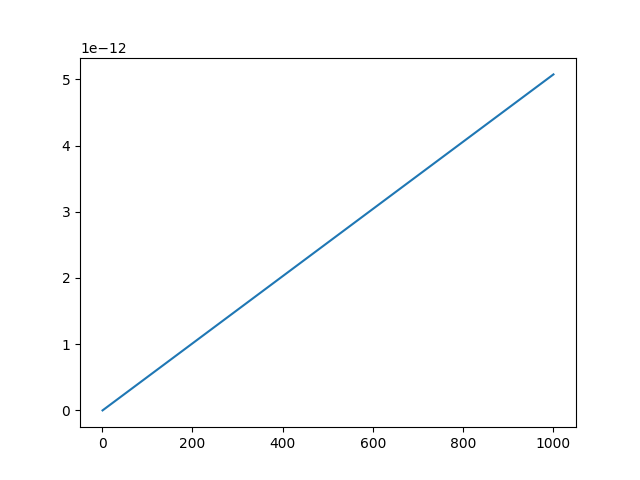
Repository: MichaelCullen2011/QuantumAndNeutrinos
Script's output: python neutrinos.py
These files come from the project's save history. The script's output is drawn as it stood at one moment and after the next save; the edit follows.
Random numbers start from a fixed seed.

Above is the script's output before, as saved 2021-06-02 10:21:56.

### neutrinos.py
import numpy as np
import matplotlib.pyplot as plt


'''
To Do       -   Add graphing for a range of energies for each neutrino cs reaction
'''


'''
Variables and Constants
'''
# Variables
delta_m_sq = 'Mass difference squared between two flavour states'
delta_m_e_mu_sq = 7.53e-5      # eV**2
delta_m_tau_mu_sq = 2.44e-3    # eV**2  # can be +ve or -ve
delta_m_tau_e_sq = 2.44e-3     # eV**2  # can be +ve or -ve
delta_m_mu_e_sq = delta_m_e_mu_sq      # eV**2
delta_m_mu_tau_sq = delta_m_tau_mu_sq    # can be +ve or -ve
delta_m_e_tau_sq = delta_m_tau_e_sq     # eV**2

sin_sq_theta_e_tau = 0.093
sin_sq_theta_e_mu = 0.846
sin_sq_theta_mu_tau = 0.92      # actually > 0.92 but it varies on atmospheric values
sin_sq_theta_mu_e = sin_sq_theta_e_mu
sin_sq_theta_tau_e = sin_sq_theta_e_tau
sin_sq_theta_tau_mu = sin_sq_theta_mu_tau


m_out = 10       # reactant mass out (electrons, muons etc)
m_in = 1000        # reactant mass in (electrons, muons etc)
E_v = 100     # Neutrino energy
L = 10       # distance oscillating (for oscillation)
E = E_v     # Neutrino beam energy
d = 10       # distance travelled (for decoherence)

G_f = 1.1663787e-5         # GeV-2
sin_sq_theta_w = 0.22290        # Weinberg angle
m_e = 0.511 * 1e-3     # GeV c-2
m_u = 105 * 1e-3       # GeV c-2
sigma_naught = 1.72e-45         # m**2 / GeV


mom_v = 0
# mom_e = m_e + v_e
# mom_u = m_u + v_u
mom_e = np.sqrt((sigma_naught * np.pi) / G_f**2)
mom_u = mom_e * (m_u / m_e)      # assume similar velocities

kinematic_e = (mom_v + mom_e)**2
kinematic_u = (mom_v + mom_u)**2

kinematic_e = m_e**2 + 2*m_e*E_v
kinematic_u = m_u**2 + 2*m_u*E_v

sigma_naught_e = (G_f**2 * kinematic_e) / np.pi
sigma_naught_u = (G_f**2 * kinematic_u) / np.pi


'''
Oscillation Probabilities   -   p_oscill = (np.sin(2 * theta))**2 * (np.sin((delta_m_sq * L) / (4 * E)))**2
'''


class Oscillations:
    def __init__(self, distance):
        p_e_mu_list = []
        p_e_tau_list = []
        p_e_e_list = []

        p_mu_e_list = []
        p_mu_tau_list = []
        p_mu_mu_list = []

        p_tau_e_list = []
        p_tau_mu_list = []
        p_tau_tau_list = []

        max = 1000      # Number of points
        E = 4      # GeV
        L = distance    # Km
        x_range = np.linspace(0, L / E, max)
        theta_range = np.linspace(0, 2 * np.pi, max)
        n = 0
        for x in x_range:
            n += 1
            print("Calculated Probability {} of {}".format(n, max))
            p_e_mu_list.append(Oscillations.prob(self, flavours='e_mu', x=x))
            p_e_tau_list.append(Oscillations.prob(self, flavours='e_tau', x=x))
            p_e_e_list.append(
                (1 - (Oscillations.prob(self, flavours='e_mu', x=x)) * (1 - Oscillations.prob(self, flavours='e_tau', x=x))))

            p_mu_e_list.append(Oscillations.prob(self, flavours='mu_e', x=x))
            p_mu_tau_list.append(Oscillations.prob(self, flavours='mu_tau', x=x))
            p_mu_mu_list.append(
                (1 - Oscillations.prob(self, flavours='mu_e', x=x)) * (1 - Oscillations.prob(self, flavours='mu_tau', x=x)))

            p_tau_e_list.append(Oscillations.prob(self, flavours='tau_e', x=x))
            p_tau_mu_list.append(Oscillations.prob(self, flavours='tau_mu', x=x))
            p_tau_tau_list.append(
                (1 - (Oscillations.prob(self, flavours='tau_e', x=x)) * (1 - Oscillations.prob(self, flavours='tau_mu', x=x))))

        prob_e = [p_e_e_list, p_e_mu_list, p_e_tau_list]
        prob_mu = [p_mu_mu_list, p_mu_e_list, p_mu_tau_list]
        prob_tau = [p_tau_tau_list, p_tau_e_list, p_tau_mu_list]

        prob_neut = [prob_e, prob_mu, prob_tau]

        fig, axs = plt.subplots(3)
        fig.suptitle('Neutrino Oscillations')
        n = 0
        for initial in prob_neut:
            if n == 0:
                for p in initial:
                    axs[n].plot(x_range, p)
                    axs[n].legend(['e to e', 'e to mu', 'e to tau'], loc=1)
            if n == 1:
                for p in initial:
                    axs[n].plot(x_range, p)
                    axs[n].legend(['mu to mu', 'mu to e', 'mu to tau'], loc=1)
            if n == 2:
                for p in initial:
                    axs[n].plot(x_range, p)
                    axs[n].legend(['tau to tau', 'tau to e', 'tau to mu'], loc=1)
            n += 1

    def prob(self, flavours, x):
        if flavours == 'e_mu':
            prob = sin_sq_theta_e_mu * np.square(np.sin(1.27 * delta_m_e_mu_sq * x / 4))
        elif flavours == 'e_tau':
            prob = sin_sq_theta_e_tau * np.square(np.sin(1.27 * delta_m_e_tau_sq * x / 4))
        elif flavours == 'mu_e':
            prob = sin_sq_theta_e_mu * np.square(np.sin(1.27 * delta_m_mu_e_sq * x / 4))
        elif flavours == 'mu_tau':
            prob = sin_sq_theta_mu_tau * np.square(np.sin(1.27 * delta_m_mu_tau_sq * x / 4))
        elif flavours == 'tau_e':
            prob = sin_sq_theta_tau_e * np.square(np.sin(1.27 * delta_m_tau_e_sq * x / 4))
        elif flavours == 'tau_mu':
            prob = sin_sq_theta_tau_mu * np.square(np.sin(1.27 * delta_m_tau_mu_sq * x / 4))
        return prob


'''
Cross Sections
'''


class CrossSections:
    def __init__(self, energy, lepton):
        E_v = energy
        sigma_naught = 1.72e-45

        s_e = sigma_naught * np.pi / G_f**2
        s_u = s_e * (m_u / m_e)

        sigma_naught_e = (2 * m_e * G_f**2 * E_v) / np.pi
        sigma_naught_u = (2 * m_u * G_f**2 * E_v) / np.pi

        print("HERE ", sigma_naught_e, sigma_naught_u)
        if lepton == 'e':
            sigma_naught = sigma_naught_e
            self.cs_without_ms = {'e_e': [], 'E_E': [], 'E_U': [], 'u_e': [], 'u_u': [], 'U_U': []}
            self.cs_with_ms = {'e_e': [], 'E_E': [], 'E_U': [], 'u_e': [], 'u_u': [], 'U_U': []}

        elif lepton == 'u':
            sigma_naught = sigma_naught_u
            self.cs_without_ms = {'e_e': [], 'E_E': [], 'U_E': [], 'e_u': [], 'u_u': [], 'U_U': []}
            self.cs_with_ms = {'e_e': [], 'E_E': [], 'U_E': [], 'e_u': [], 'u_u': [], 'U_U': []}

        for flavour in self.cs_without_ms.keys():
            cs = CrossSections.neutrino_and_electron(self, flavour=flavour) * energy * sigma_naught
            self.cs_without_ms[flavour].append(cs)
            self.cs_with_ms[flavour].append(
                cs * energy * sigma_naught *
                CrossSections.mass_suppression(
                    self, flavour, energy=energy, reaction_lepton=lepton
                )
            )
        print("CS without mass suppression, \n", self.cs_without_ms)
        print("CS with mass suppression, \n", self.cs_with_ms)

    def neutrino_and_electron(self, flavour):
        if flavour == 'e_e':
            cs = 0.25 + sin_sq_theta_w + (4 / 3) * np.square(sin_sq_theta_w)
        elif flavour == 'E_E':
            cs = (1 / 12) + 1 / 3 * (sin_sq_theta_w + 4 / 3 * np.square(sin_sq_theta_w))
        elif flavour == 'E_U' or flavour == 'U_E':
            cs = 1 / 3
        elif flavour == 'u_e' or flavour == 'e_u':
            cs = 1
        elif flavour == 'u_u':
            cs = 1 / 4 - sin_sq_theta_w + 4 / 3 * np.square(sin_sq_theta_w)
        elif flavour == 'U_U':
            cs = 1 / 12 - 1 / 3 * sin_sq_theta_w + 4 / 3 * np.square(sin_sq_theta_w)
        return cs

    def mass_suppression(self, flavour, energy, reaction_lepton='e'):
        m_E = m_e
        m_U = m_u
        if reaction_lepton == 'e':
            m_in = m_e
        elif reaction_lepton == 'u':
            m_in = m_u

        if flavour == 'e_e':
            zeta = 1 - ((m_e ** 2) / (m_in ** 2 + 2 * m_in * energy))
        elif flavour == 'E_E':
            zeta = 1 - ((m_e ** 2) / (m_in ** 2 + 2 * m_in * energy))
        elif flavour == 'E_U':
            zeta = 1 - ((m_u ** 2) / (m_in ** 2 + 2 * m_in * energy))
        elif flavour == 'u_e':
            zeta = 1 - ((m_u ** 2) / (m_in ** 2 + 2 * m_in * energy))
        elif flavour == 'u_u':
            zeta = 1 - ((m_e ** 2) / (m_in ** 2 + 2 * m_in * energy))
        elif flavour == 'U_U':
            zeta = 1 - ((m_e ** 2) / (m_in ** 2 + 2 * m_in * energy))
        # neutrino-muon specific reactions
        elif flavour == 'U_E':
            zeta = 1 - ((m_e ** 2) / (m_in ** 2 + 2 * m_in * energy))
        elif flavour == 'e_u':
            zeta = 1 - ((m_e ** 2) / (m_in ** 2 + 2 * m_in * energy))
        return zeta




def combine_cs(e_class, u_class):
    all_cs = {'e_e': [], 'e_u': [], 'u_u': [], 'u_e': [], 'E_E': [], 'E_U': [], 'U_U': [], 'U_E': []}

    for all_reaction in all_cs.keys():
        for e_reaction, e_value in e_class.cs_without_ms.items():
            if e_reaction == all_reaction:
                all_cs[all_reaction].append(e_value[0])
        for u_reaction, u_value in u_class.cs_without_ms.items():
            if u_reaction == all_reaction:
                all_cs[all_reaction].append(u_value[0])

    for all_reaction, all_values in all_cs.items():
        if len(all_values) > 1:
            all_cs[all_reaction] = [(all_values[0] + all_values[1]) / 2]

    return all_cs

    print("COMBINED CS: \n", all_cs)


def gate_cs(all_cs):
    # creates our final dict with the probabilities for all gate interactions
    single_reactions = ['e_e', 'e_u', 'u_u', 'u_e']
    single_reactions_anti = ['E_E', 'E_U', 'U_U', 'U_E']
    whole_reaction = []
    for first_reaction in single_reactions:
        for second_reaction in single_reactions:
            whole_reaction.append(first_reaction[0] + second_reaction[0] + '_' + first_reaction[2] + second_reaction[2])
    for first_reaction in single_reactions_anti:
        for second_reaction in single_reactions_anti:
            whole_reaction.append(first_reaction[0] + second_reaction[0] + '_' + first_reaction[2] + second_reaction[2])
    gate_reactions = {whole_keys: [] for whole_keys in whole_reaction}


    # reaction 1 is reaction_combined[0] + '_' + reaction_combined[3]
    # reaction 2 in reaction_combined[1] + '_' + reaction_combined[4]
    for reaction_combined in gate_reactions.keys():
        first_reaction = reaction_combined[0] + '_' + reaction_combined[3]
        second_reaction = reaction_combined[1] + '_' + reaction_combined[4]
        gate_reactions[reaction_combined] = [all_cs[first_reaction][0] * all_cs[second_reaction][0]]

    for key, value in gate_reactions.items():
        print(f"{key}: {value}")
    return gate_reactions


def plot_energies(energy_reactions):

    plt.plot(energy_reactions.keys(), energy_reactions.values(), '-')
    return energy_reactions

'''
Wave Functions (for plotting)
'''


class WaveFunctions:
    def __init__(self, accuracy):
        phi = np.linspace(0, np.pi, accuracy)
        theta = np.linspace(0, 2 * np.pi, 20)
        prob_at_detector = {'e_e': [], 'e_mu': [], 'e_tau': [],
                            'mu_mu': [], 'mu_e': [], 'mu_tau': [],
                            'tau_tau': [], 'tau_e': [], 'tau_mu': []}
        flavour_list = ['e_e', 'e_mu', 'e_tau', 'mu_mu', 'mu_e', 'mu_tau', 'tau_tau', 'tau_e', 'tau_mu']
        detector_1 = {'e_e': [], 'e_mu': [], 'e_tau': [],
                      'mu_mu': [], 'mu_e': [], 'mu_tau': [],
                      'tau_tau': [], 'tau_e': [], 'tau_mu': []}
        detector_2 = {'e_e': [], 'e_mu': [], 'e_tau': [],
                      'mu_mu': [], 'mu_e': [], 'mu_tau': [],
                      'tau_tau': [], 'tau_e': [], 'tau_mu': []}

        for flavour_change in flavour_list:
            for phi_value in phi:
                prob_at_detector[flavour_change].append(WaveFunctions.prob(self, flavour=flavour_change, phi=phi_value))

            for tuple in prob_at_detector[flavour_change]:
                detector_1[flavour_change].append(tuple[0])
                detector_2[flavour_change].append(tuple[0])

        fig1 = plt.figure()
        fig2 = plt.figure()
        ax1 = fig1.add_subplot(111)
        ax2 = fig2.add_subplot(111)
        ax1.title.set_text('Detector 1 Probabilities')
        ax2.title.set_text('Detector 2 Probabilities')

        ax1.set_xticks(ticks=np.linspace(start=0, stop=2 * np.pi, num=int(accuracy)))
        ax1.set_yticks(ticks=np.linspace(0, 1, num=5))
        ax2.set_xticks(ticks=np.linspace(start=0, stop=2 * np.pi, num=int(accuracy)))
        ax2.set_yticks(ticks=np.linspace(0, 1, num=5))


        for prob_list in detector_1.values():
            #print(prob_list)
            ax1.plot(phi, prob_list, '--', linewidth=1)

        for prob_list in detector_2.values():
            #print(prob_list)
            ax2.plot(phi, prob_list, '--', linewidth=1)

        ax1.legend(flavour_list, loc=1)
        ax2.legend(flavour_list, loc=1)

    def prob(self, flavour, phi):
        order_tau_d_same = 1
        order_tau_d_change = 1 / 3
        if flavour == 'e_e':
            prob_f1 = 1
            prob_f2 = 0
        elif flavour == 'e_mu':
            prob_f1 = 1 - (np.sqrt(sin_sq_theta_e_tau) / 2) * (1 - order_tau_d_change * np.cos(phi))
            prob_f2 = (np.sqrt(sin_sq_theta_e_tau) / 2) * (1 - order_tau_d_change * np.cos(phi))
        elif flavour == 'e_tau':
            prob_f1 = 1 - (np.sqrt(sin_sq_theta_e_tau) / 2) * (1 - order_tau_d_change * np.cos(phi))
            prob_f2 = (np.sqrt(sin_sq_theta_e_tau) / 2) * (1 - order_tau_d_change * np.cos(phi))
        if flavour == 'mu_mu':
            prob_f1 = 1
            prob_f2 = 0
        elif flavour == 'mu_e':
            prob_f1 = 1 - (np.sqrt(sin_sq_theta_e_mu) / 2) * (1 - order_tau_d_change * np.cos(phi))
            prob_f2 = (np.sqrt(sin_sq_theta_e_mu) / 2) * (1 - order_tau_d_change * np.cos(phi))
        elif flavour == 'mu_tau':
            prob_f1 = 1 - (np.sqrt(sin_sq_theta_mu_tau) / 2) * (1 - order_tau_d_change * np.cos(phi))
            prob_f2 = (np.sqrt(sin_sq_theta_mu_tau) / 2) * (1 - order_tau_d_change * np.cos(phi))
        if flavour == 'tau_tau':
            prob_f1 = 1
            prob_f2 = 0
        elif flavour == 'tau_e':
            prob_f1 = 1 - (np.sqrt(sin_sq_theta_tau_e) / 2) * (1 - order_tau_d_change * np.cos(phi))
            prob_f2 = (np.sqrt(sin_sq_theta_tau_e) / 2) * (1 - order_tau_d_change * np.cos(phi))
        elif flavour == 'tau_mu':
            prob_f1 = 1 - (np.sqrt(sin_sq_theta_tau_mu) / 2) * (1 - order_tau_d_change * np.cos(phi))
            prob_f2 = (np.sqrt(sin_sq_theta_tau_mu) / 2) * (1 - order_tau_d_change * np.cos(phi))
        return prob_f1, prob_f2


'''
Running
'''
# Oscillations(distance=1e6)    # Prints oscillation probabilities for flavours given the distance it travels

# WaveFunctions(accuracy=20)      # Currently Broken. Doesnt plot correctly # Accuracy is the number of points within the range

energy_list = np.linspace(1, 1000, 2)       # in GeV
energy_reactions = {keys: [] for keys in energy_list}
gate_energy_reactions = None
for energy in energy_list:
    leptons = {'e': [], 'u': []}
    for lepton in leptons.keys():
        print(f'\n Cross Sections for Reactions with {lepton} at {energy} GeV:')
        leptons[lepton] = CrossSections(energy=energy, lepton=lepton)    # Energy in GeV

    all_cs = combine_cs(leptons['e'], leptons['u'])
    gate_reactions = gate_cs(all_cs)
    if gate_energy_reactions is None:
        gate_energy_reactions = gate_reactions
    print(gate_energy_reactions)
    all_values = [values for values in gate_reactions.values()]
    print(f"Average Prob for {energy} GeV: ", np.average(all_values))
    energy_reactions[energy] = np.average(all_values)

plt.plot(energy_list, energy_reactions.values(), '-')
plt.show()

After the next save:
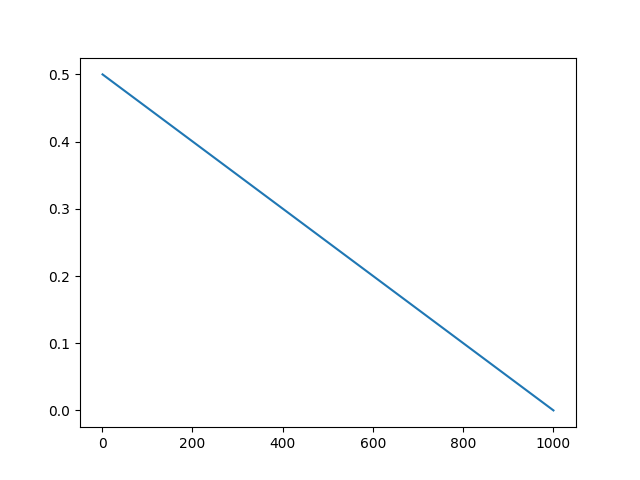
Saved 86 s later.
--- a/neutrinos.py
+++ b/neutrinos.py
@@ -380,6 +380,8 @@
     gate_reactions = gate_cs(all_cs)
     if gate_energy_reactions is None:
         gate_energy_reactions = gate_reactions
+    for flavour, value in gate_reactions.items():
+        gate_energy_reactions[flavour] = [value, [energy]]
     print(gate_energy_reactions)
     all_values = [values for values in gate_reactions.values()]
     print(f"Average Prob for {energy} GeV: ", np.average(all_values))

After the 3 saves that followed:
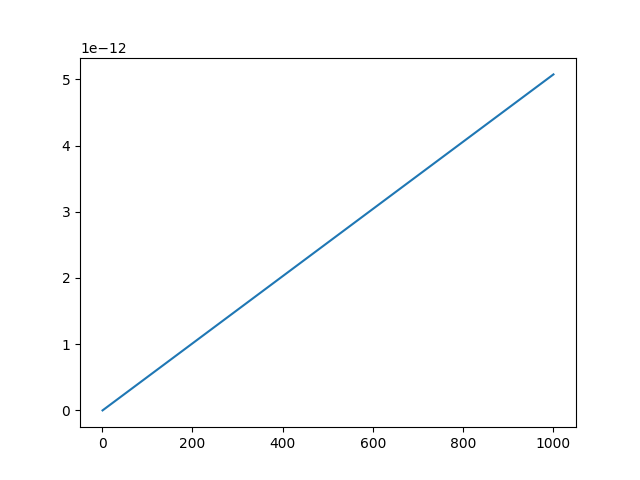
The 3 saves are shown as one change because 1 did not build or start and 1 left the picture as it was.
The last was saved 2 min 48 s later.
--- a/neutrinos.py
+++ b/neutrinos.py
@@ -380,8 +380,9 @@
     gate_reactions = gate_cs(all_cs)
     if gate_energy_reactions is None:
         gate_energy_reactions = gate_reactions
-    for flavour, value in gate_reactions.items():
-        gate_energy_reactions[flavour] = [value, [energy]]
+    else:
+        for flavour, value in gate_reactions.items():
+            gate_energy_reactions[flavour].append(value)
     print(gate_energy_reactions)
     all_values = [values for values in gate_reactions.values()]
     print(f"Average Prob for {energy} GeV: ", np.average(all_values))
